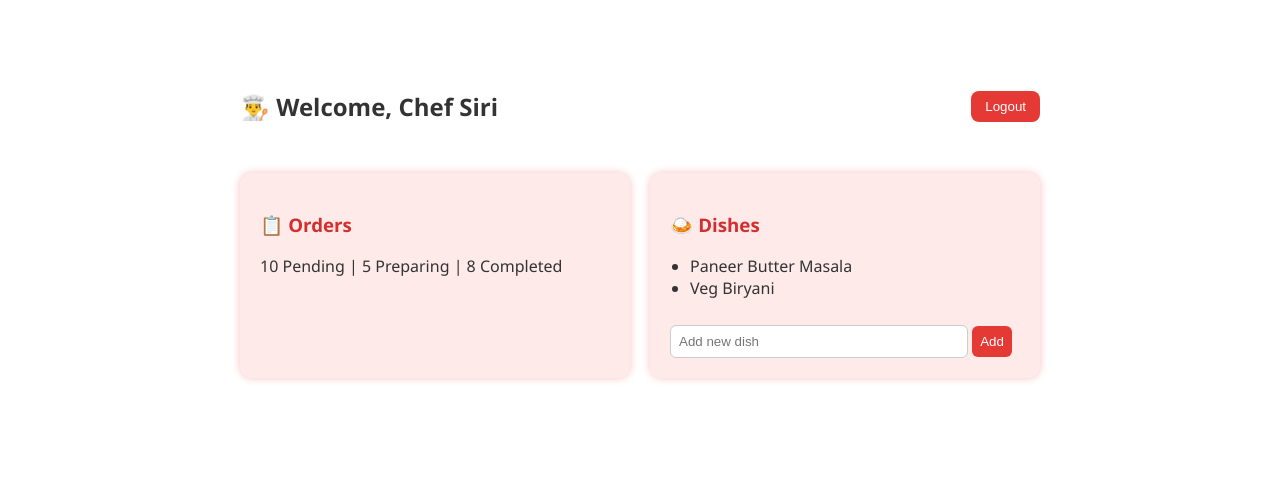
Repository: 1Siri7/chef
Page: dashboard.html
The author's editor kept a copy of each file at every save. The page is drawn from the files as they stood at one save, then again after the next save.
The browser window is 1280 px wide. The pictures show the whole page.

Above is the page before, as saved 2025-07-27 19:42:17.

### dashboard.html
<!DOCTYPE html>
<html lang="en">
<head>
  <meta charset="UTF-8">
  <title>Chef Dashboard - Zavoryaf</title>
  <link rel="stylesheet" href="style.css">
</head>
<body>
  <div class="dashboard-container">
    <header>
      <h2>👨‍🍳 Welcome, Chef Siri</h2>
      <button onclick="logout()">Logout</button>
    </header>

    <section class="dashboard">
      <div class="card">
        <h3>📋 Orders</h3>
        <p>10 Pending | 5 Preparing | 8 Completed</p>
      </div>

      <div class="card">
        <h3>🍛 Dishes</h3>
        <ul id="dishList">
          <li>Paneer Butter Masala</li>
          <li>Veg Biryani</li>
        </ul>
        <input type="text" id="newDish" placeholder="Add new dish" />
        <button onclick="addDish()">Add</button>
      </div>
    </section>
  </div>

  <script>
    function logout() {
      window.location.href = "index.html";
    }

    function addDish() {
      const input = document.getElementById("newDish");
      const dish = input.value.trim();
      if (dish) {
        const li = document.createElement("li");
        li.textContent = dish;
        document.getElementById("dishList").appendChild(li);
        input.value = "";
      }
    }
  </script>
</body>
</html>

### style.css
body {
  font-family: 'Segoe UI', sans-serif;
  margin: 0;
  background: #fff;
  color: #333;
}

.auth-container {
  max-width: 400px;
  margin: 60px auto;
  padding: 2rem;
  border: 2px solid #e53935;
  border-radius: 15px;
  text-align: center;
  background: #fff;
  box-shadow: 0 0 10px #f8d7da;
}

h1 {
  color: #e53935;
}

.form-toggle {
  display: flex;
  justify-content: center;
  margin-bottom: 1rem;
}

.form-toggle button {
  padding: 10px 20px;
  border: none;
  background: #fff;
  color: #e53935;
  cursor: pointer;
  font-weight: bold;
  border-bottom: 2px solid transparent;
}

.form-toggle button.active {
  border-bottom: 2px solid #e53935;
}

.auth-form {
  display: flex;
  flex-direction: column;
  gap: 10px;
}

.auth-form input {
  padding: 10px;
  border: 1px solid #ddd;
  border-radius: 8px;
}

.auth-form button {
  background: #e53935;
  color: #fff;
  border: none;
  padding: 10px;
  border-radius: 8px;
  cursor: pointer;
}

.auth-form.hidden {
  display: none;
}

/* Dashboard Styling */
.dashboard-container {
  max-width: 800px;
  margin: 50px auto;
  padding: 20px;
}

header {
  display: flex;
  justify-content: space-between;
  align-items: center;
}

header button {
  background: #e53935;
  color: #fff;
  border: none;
  padding: 8px 14px;
  border-radius: 8px;
  cursor: pointer;
}

.dashboard {
  display: flex;
  gap: 20px;
  margin-top: 30px;
}

.card {
  background: #ffeaea;
  padding: 20px;
  flex: 1;
  border-radius: 12px;
  box-shadow: 0 0 8px #f8c0c0;
}

.card h3 {
  color: #d32f2f;
}

.card ul {
  padding-left: 20px;
}

.card input {
  padding: 8px;
  width: 80%;
  border-radius: 6px;
  border: 1px solid #ccc;
  margin-top: 10px;
}

.card button {
  margin-top: 10px;
  padding: 8px;
  background: #e53935;
  color: white;
  border: none;
  border-radius: 6px;
}

After the next save:
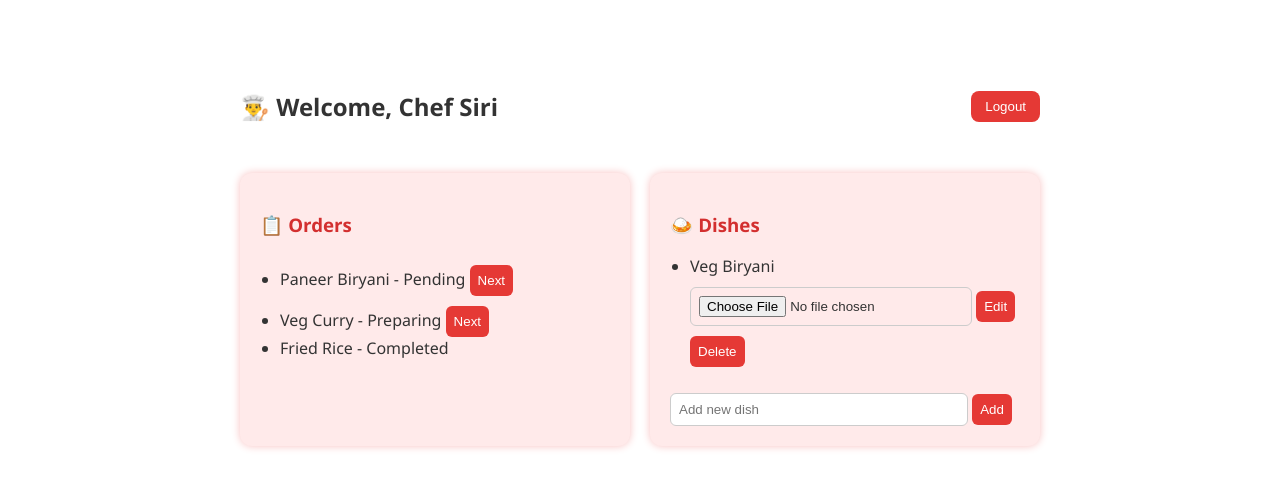
Saved 3 min 38 s later.
--- a/dashboard.html
+++ b/dashboard.html
@@ -13,16 +13,26 @@
     </header>
 
     <section class="dashboard">
+      <!-- Orders Section -->
       <div class="card">
         <h3>📋 Orders</h3>
-        <p>10 Pending | 5 Preparing | 8 Completed</p>
+        <ul id="orderList">
+          <li>Paneer Biryani - <span class="status pending">Pending</span> <button onclick="updateOrderStatus(this)">Next</button></li>
+          <li>Veg Curry - <span class="status preparing">Preparing</span> <button onclick="updateOrderStatus(this)">Next</button></li>
+          <li>Fried Rice - <span class="status completed">Completed</span></li>
+        </ul>
       </div>
 
+      <!-- Dishes Section -->
       <div class="card">
         <h3>🍛 Dishes</h3>
         <ul id="dishList">
-          <li>Paneer Butter Masala</li>
-          <li>Veg Biryani</li>
+          <li>
+            Veg Biryani
+            <input type="file" onchange="previewImage(this)">
+            <button onclick="editDish(this)">Edit</button>
+            <button onclick="deleteDish(this)">Delete</button>
+          </li>
         </ul>
         <input type="text" id="newDish" placeholder="Add new dish" />
         <button onclick="addDish()">Add</button>
@@ -40,9 +50,42 @@
       const dish = input.value.trim();
       if (dish) {
         const li = document.createElement("li");
-        li.textContent = dish;
+        li.innerHTML = `${dish} <input type='file' onchange='previewImage(this)'>
+                        <button onclick='editDish(this)'>Edit</button>
+                        <button onclick='deleteDish(this)'>Delete</button>`;
         document.getElementById("dishList").appendChild(li);
         input.value = "";
+      }
+    }
+
+    function deleteDish(btn) {
+      btn.parentElement.remove();
+    }
+
+    function editDish(btn) {
+      const li = btn.parentElement;
+      const currentName = li.childNodes[0].nodeValue.trim();
+      const newName = prompt("Edit dish name:", currentName);
+      if (newName) {
+        li.childNodes[0].nodeValue = newName + " ";
+      }
+    }
+
+    function previewImage(input) {
+      const file = input.files[0];
+      if (file) alert("Selected file: " + file.name);
+    }
+
+    function updateOrderStatus(button) {
+      const statusSpan = button.previousElementSibling;
+      const currentStatus = statusSpan.textContent.toLowerCase();
+      if (currentStatus === "pending") {
+        statusSpan.textContent = "Preparing";
+        statusSpan.className = "status preparing";
+      } else if (currentStatus === "preparing") {
+        statusSpan.textContent = "Completed";
+        statusSpan.className = "status completed";
+        button.remove();
       }
     }
   </script>
